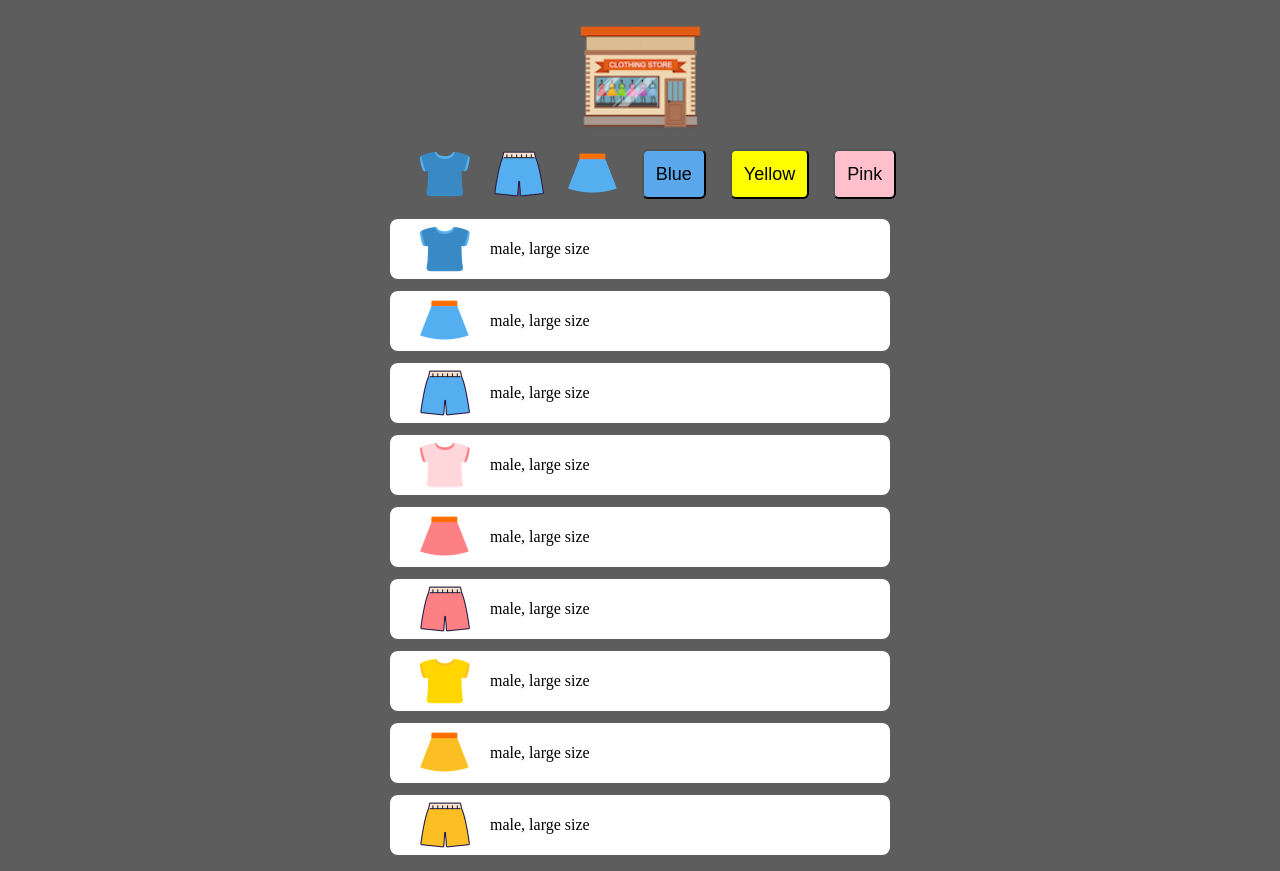
Repository: keehoonjung/Shoppingmall-Game
Page: index.html
An editor plug-in stored every save of this project. The page is shown before and after a run of saves, followed by the edit.
The browser window is 1280 px wide. The pictures show the whole page.

Above is the page before, as saved 2021-08-12 13:48:46.

After the next 2 saves:
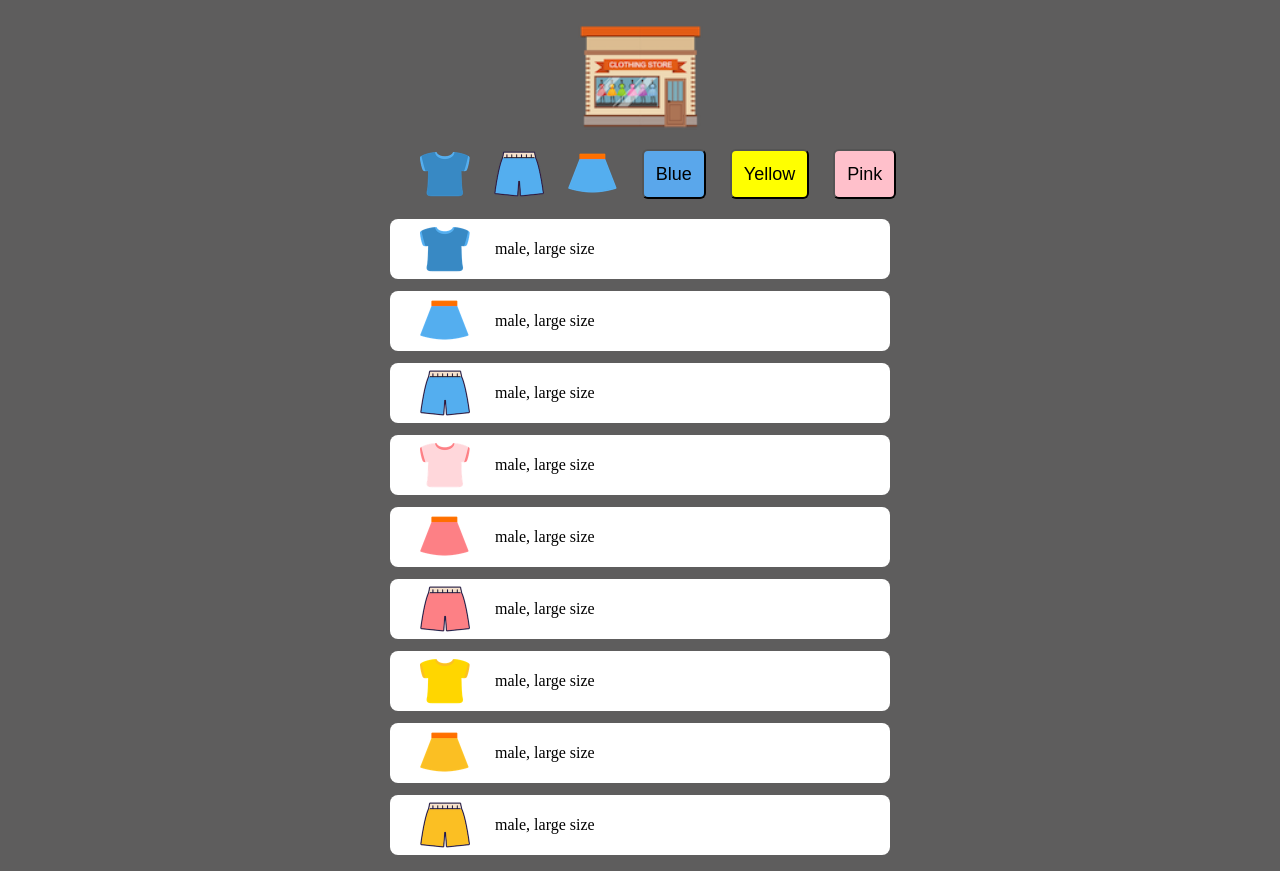
The 2 saves are shown as one change because they came seconds apart.
The last was saved 9 s later.
--- a/style.css
+++ b/style.css
@@ -78,5 +78,5 @@ header {
 }
 
 .item span {
-  margin-left: 20px;
+  margin-left: 25px;
 }
